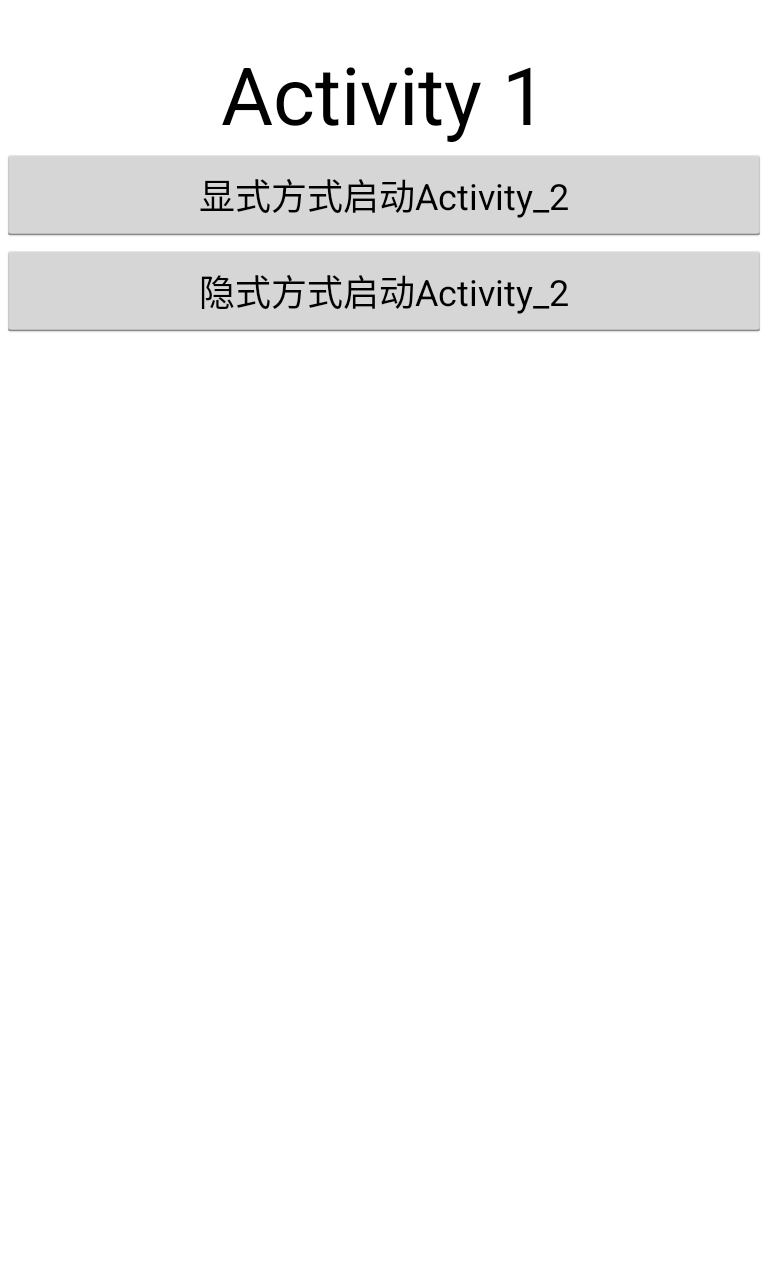
Repository: CiLiNet-Android/courseware
Layout: Android基本组件/Intent/SourceCodes/IntentDemo/res/layout/activity_1.xml
The author's editor kept a copy of each file at every save. The layout is drawn from the files as they stood at one save, then again after the next save.
It is drawn on a 768 x 1280 px phone screen (xhdpi) without system bars, with theme AppTheme; the app's code is not run.

Above is the layout before, as saved 2013-11-28 11:23:30.

After the next save:
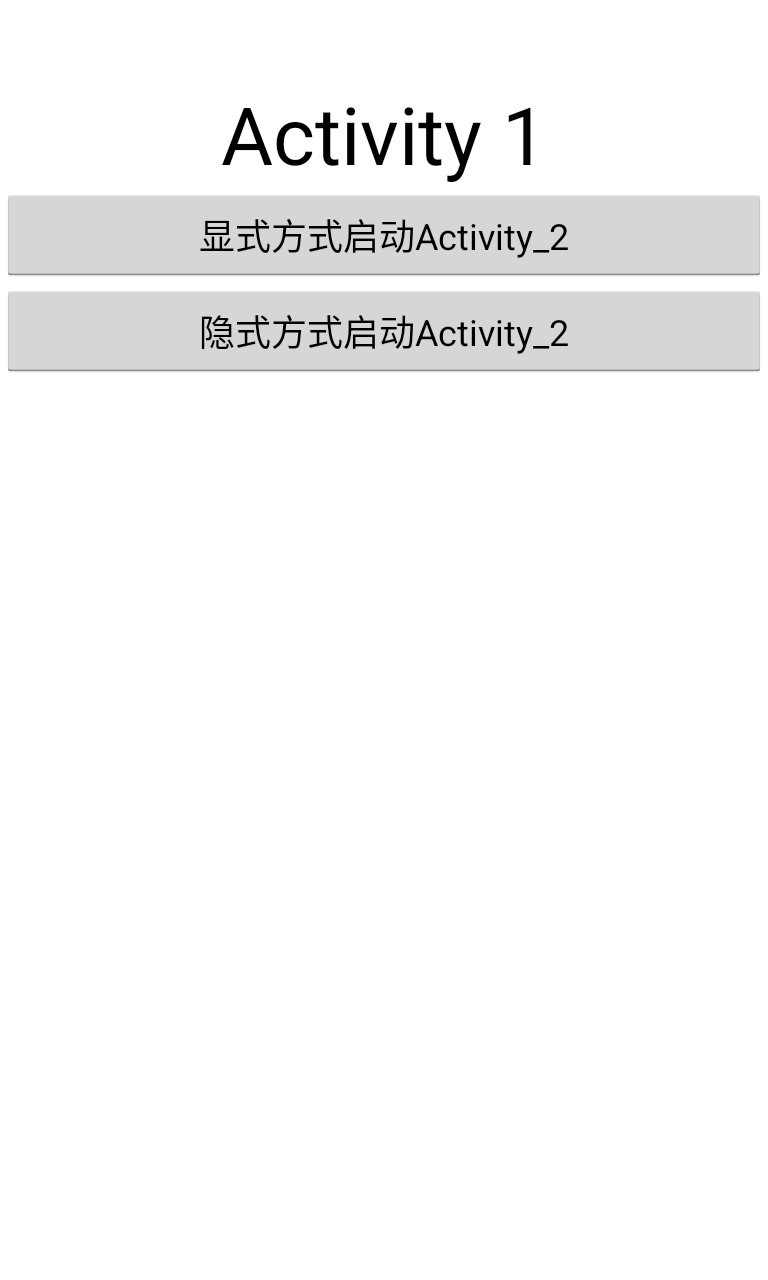
Saved 9 s later.
--- a/Android基本组件/Intent/SourceCodes/IntentDemo/res/layout/activity_1.xml
+++ b/Android基本组件/Intent/SourceCodes/IntentDemo/res/layout/activity_1.xml
@@ -13,7 +13,7 @@
         android:id="@+id/txtV_activity_1"
         android:textColor="#000"
         android:gravity="center_horizontal"
-        android:layout_marginTop="20dp"/>
+        android:layout_marginTop="40dp"/>
 
     <Button
         android:layout_width="match_parent"
